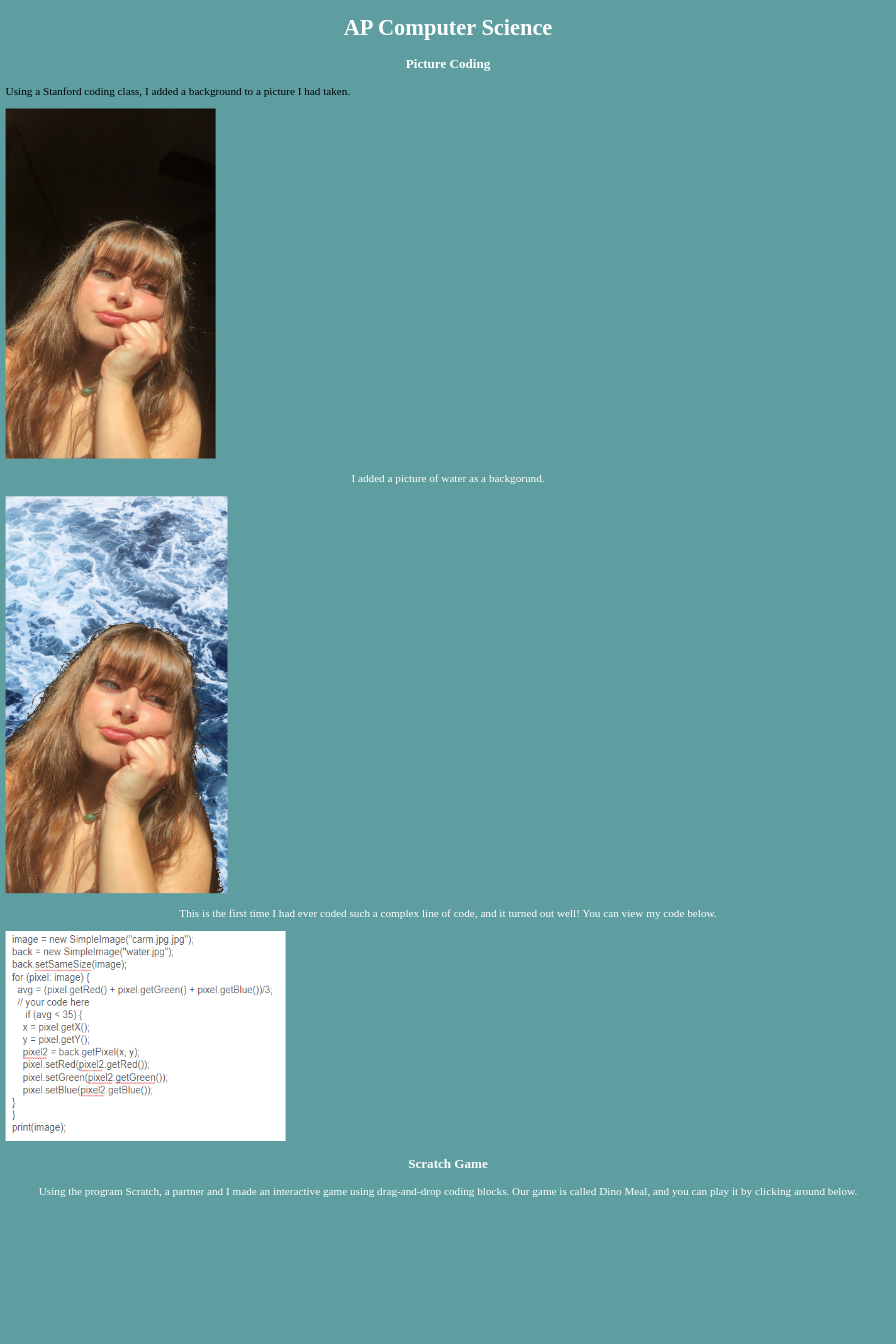
Repository: cdzendzel/cdzendzel.github.io
Page: apcs.html
The author's editor kept a record of every edit. The page is drawn from the files as they stood at one moment, then again after the next edit.
The browser window is 1280 px wide. The pictures show the part of the page from y = 0 to 1920 px (the page is 2805 px tall), at 70% of full size.
Pictures or frames that could not be fetched are drawn as grey boxes.

Above is the page before.

### apcs.html


<!DOCTYPE html>
<html>
     <body style="background-color:cadetblue;">
<head>
<title>Carmela's Webpage</title>
</head>
<body>

<h1 style="text-align:center; color:white;">AP Computer Science</h1>
<h3 style="text-align:center; color:white;">Picture Coding</h3>
</body>
</html>
</body>
</html>

<p>Using a Stanford coding class, I added a background to a picture I had taken.  </a></p>
<img src="images/carm.jpg.JPG" alt="Picture of me before coding" width="300" height="500">
<p style="text-align:center; color:white;">I added a picture of water as a backgorund.  <a></p>
<img src="images/carm.water.code.PNG" alt="Picture of me after coding with water as the background"">
<p style="text-align:center; color:white;">This is the first time I had ever coded such a complex line of code, and it turned out well! You can view my code below.</a></p>
<img src="images/pic.code.PNG" alt="Carmela's Picture Code" width="400" height="300">

<h3 style="text-align:center; color:white;">Scratch Game</h3>
<p style="text-align:center; color:white;">Using the program Scratch, a partner and I made an interactive game using drag-and-drop coding blocks. Our game is called Dino Meal, and you can play it by clicking around below.  </a></p>
<iframe src="https://docs.google.com/presentation/d/e/2PACX-1vQlzyCuhyRdYywk_B_c0P-xEZjcl4PeS42tZtRi-OlesZ-Pv65c4r4OaglgzEBHuYl5XDBwqpA1L_Ub/embed?start=false&loop=false&delayms=3000" frameborder="0" width="960" height="569" allowfullscreen="true" mozallowfullscreen="true" webkitallowfullscreen="true" width="500"  height="400"></iframe>

<h3 style="text-align:center; color:white;">Interactive Fiction Story</h3>
<p style="text-align:center; color:white;">With another pair, I created an interactive fiction story based off the story of the Wizard of Oz.  You can view our code and play our game below.  </a></p>
<iframe height="400px" width="100%" src="https://repl.it/@gabib44/Interactive-Story?lite=true" scrolling="no" frameborder="no" allowtransparency="true" allowfullscreen="true" sandbox="allow-forms allow-pointer-lock allow-popups allow-same-origin allow-scripts allow-modals" width="500" height="750"></iframe>
</body>

After the next edit:
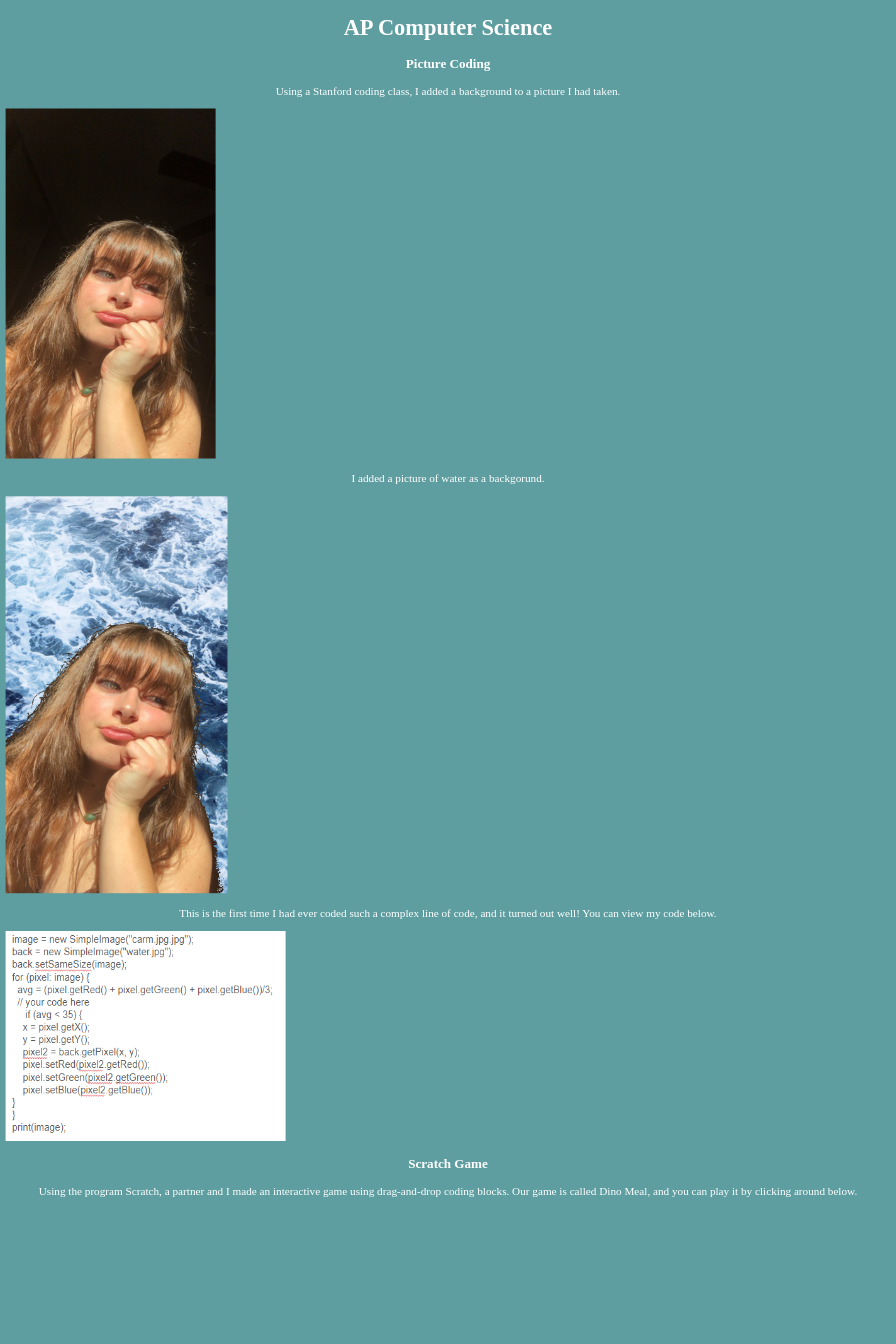
The edit:
--- a/apcs.html
+++ b/apcs.html
@@ -15,7 +15,7 @@
 </body>
 </html>
 
-<p>Using a Stanford coding class, I added a background to a picture I had taken.  </a></p>
+<p style="text-align:center; color:white;">Using a Stanford coding class, I added a background to a picture I had taken.  </a></p>
 <img src="images/carm.jpg.JPG" alt="Picture of me before coding" width="300" height="500">
 <p style="text-align:center; color:white;">I added a picture of water as a backgorund.  <a></p>
 <img src="images/carm.water.code.PNG" alt="Picture of me after coding with water as the background"">
